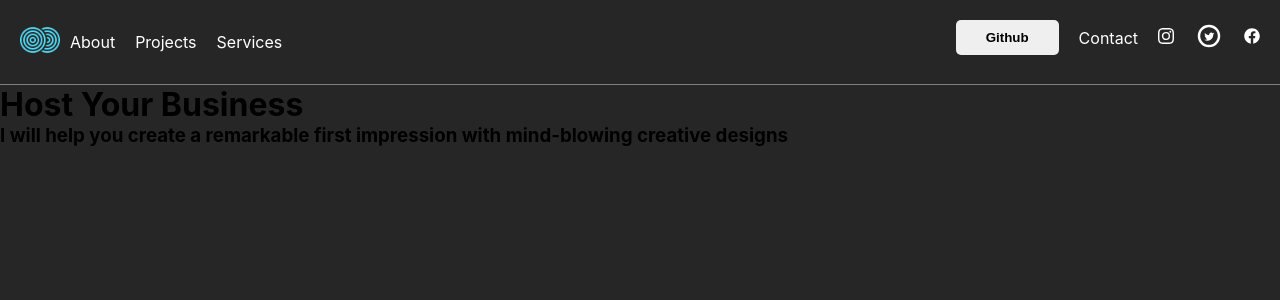
Repository: uh-sman/Portfolio
Page: /services
An editor plug-in stored every save of this project. The page is shown before and after the next save, followed by the edit.
The browser window is 1280 px wide. The pictures show the whole page.
The project was rebuilt for these pictures with package versions that can differ from the ones it lists, and the page was loaded fresh each time. Also part of the build but not shown: src/components/about.css, src/components/repositories.css, src/components/repositories.js, src/components/RepositoriesCard.jsx, src/components/About.jsx, src/components/projects.css, src/components/Projects.jsx.

Above is the page before, as saved 2022-11-19 08:37:02.

### src/index.js
import React from "react";
import ReactDOM from "react-dom/client";
import { BrowserRouter } from "react-router-dom";
import "./index.css";
import App from "./App";

const root = ReactDOM.createRoot(document.getElementById("root"));
root.render(
  <BrowserRouter>
    <React.StrictMode>
      <App />
    </React.StrictMode>
  </BrowserRouter>
);

### src/App.js
import "./App.css";
import { Index } from "./components/index";
import { Route, Routes } from "react-router-dom";
import About from "./components/About";
import "animate.css";
import Projects from "./components/Projects";
import Services from "./components/Services";
// import Services from "./components/Services";
function App() {
  return (
    <div className="App">
      <Index />
      <Routes>
        <Route path="/" element={<About />} />
        <Route path="/projects" element={<Projects />} />
        <Route path="/services" element={<Services />} />
      </Routes>
    </div>
  );
}

export default App;

### src/App.css
* {
  margin: 0px;
  padding: 0px;
  box-sizing: border-box;
  text-decoration: none;
  list-style: none;
}
body {
  /* background: rgb(2, 0, 36);
  background: linear-gradient(
    90deg,
    rgba(2, 0, 36, 1) 0%,
    rgba(4, 14, 33, 1) 90%,
    rgba(5, 52, 61, 1) 100%
  ); */
  background: #262626;
}

### src/components/index.js
import React from "react";
import { Navbar } from "./Navbar";
import { Route, Routes } from "react-router-dom";
export const Index = () => {
  return (
    <div>
      <Navbar />
    </div>
  );
};

### src/components/Services.jsx
import React from "react";

const Services = () => {
  return (
    <div>
      <div>
        <div>
          <h1>Host Your Business</h1>
          <h3>
            I will help you create a remarkable first impression with
            mind-blowing creative designs
          </h3>
        </div>
        <div>
          <div></div>
        </div>
      </div>
    </div>
  );
};

export default Services;
// Looking for a reliable and efficient

### src/components/Navbar.jsx
import React, { useState } from "react";
import { Link } from "react-router-dom";
import logo from "../assets/ico.png";
import "./navbar.css";
import { Profile } from "./Profile";
export const Navbar = () => {
  const [active, isActive] = useState(false);
  // Get the container element
  // const activeLink = document.querySelector("nav-list");
  // const style = {
  //   backgroundColor: "red",
  //   width: "100%",
  //   height: "100%",
  // };
  // Get all buttons with class="btn" inside the container
  // const btnActive = activeLink.getElementsByClassName("btn");
  // Loop through the buttons and add the active class to the current/clicked button
  // for (var i = 0; i < btnActive.length; i++) {
  //   btnActive[i].addEventListener("click", function () {
  //     var currentMode = document.getElementsByClassName("active");
  //     currentMode[0].className = currentMode[0].className.replace("active", "");
  //     this.className += "active";
  //   });
  // }
  // activeLink.addEventListener()
  return (
    <div>
      <nav className="navbar-container">
        <div className="navbar">
          <div className="navbar-nav">
            <div>
              <a>
                <img src={logo} className="logo" />
              </a>
            </div>
            <ul className="nav-list">
              <Link to="/">
                <a href="">About</a>
              </Link>
              <Link to="/projects">
                <a href="">Projects</a>
              </Link>
              <Link to="/services" className="btn">
                <a href="">Services</a>
              </Link>
            </ul>
          </div>
          <div>
            <Profile />
          </div>
        </div>
      </nav>
    </div>
  );
};

### src/components/navbar.css
.nav-list {
  display: flex;
  align-items: center;
  gap: 20px;
}
.nav-list a {
  color: white;
}
.navbar {
  margin: 20px 20px;
  display: flex;
  justify-content: space-between;
}
.navbar-nav {
  display: flex;
  gap: 10px;
}
.logo {
  width: 40px;
  height: 40px;
  color: white;
}
.navbar-container {
  border-bottom: 0.5px solid gray;
}
/* .btn {
  border: transparent;
  outline: none;
  background: rgba(2, 0, 36, 1) 0%;
} */
/* .active, */
/* .btnSelect:hover {
  border: none;
  border-bottom: 1px solid lightblue;
  cursor: pointer;
} */

@media only screen and (min-width: 200px) and (max-width: 950px) {
  .nav-list {
    display: none;
  }
}

### src/components/Profile.js
import React, { useState } from "react";
import { SiFacebook } from "react-icons/si";
import { FaWhatsapp, FaFacebook, FaRegWindowClose } from "react-icons/fa";
import { TiSocialTwitterCircular } from "react-icons/ti";
import { Link } from "react-router-dom";
import { BsInstagram } from "react-icons/bs";
import burger from "../assets/burger-menu.png";
import close from "../assets/icons8.png";

import "animate.css";
import "./profile.css";
export const Profile = () => {
  const [isActive, setIsActive] = useState(false);

  return (
    <div>
      <div>
        <section className="profile-section ">
          <button className="button">
            <a>Github</a>
          </button>
          <a>Contact</a>
          <a>
            <BsInstagram />
          </a>
          <a>
            <TiSocialTwitterCircular className="twitter" />
          </a>
          <a>
            <FaFacebook />
          </a>
        </section>
        {isActive ? (
          <div className="sidebar-container">
            <div>
              <FaRegWindowClose
                className="close"
                onClick={() => setIsActive(!isActive)}
              />
              {/* <img src={close} /> */}
            </div>
            <section className="sidebar-section ">
              <ul className="links">
                <Link to="/">
                  <a href="">About</a>
                </Link>
                <Link to="/projects">
                  <a href="">Projects</a>
                </Link>
                <Link to="/services">
                  <a href="">Services</a>
                </Link>
                <button className="button">
                  <a className="link">Github</a>
                </button>
                <a>Contact</a>
              </ul>
              <ul className="link-icons">
                <a>
                  <BsInstagram className="instagram" />
                </a>
                <a>
                  <TiSocialTwitterCircular className="twitter" />
                </a>
                <a>
                  <FaFacebook className="facebook" />
                </a>
              </ul>
            </section>
          </div>
        ) : (
          <div>
            <img
              src={burger}
              className="burger-menu"
              onClick={() => setIsActive(!isActive)}
            />
          </div>
        )}
      </div>
    </div>
  );
};

### src/components/profile.css
.profile-section {
  display: flex;
  gap: 20px;
  align-items: center;
  color: white;
}
.links {
  display: flex;
  flex-direction: column;
  /* display: flex; */
  align-items: center;
  gap: 20px;
}
.links a {
  color: white;
}
.sidebar-container {
  display: inline-block;
  /* margin: 0 0.5rem; */
  animation: slideInRight 2s;
  /* animation-duration: 2s; */

  height: 100%;
  width: 40%;
  top: 0px;
  right: 0px;
  background-color: #222222;
  position: absolute;
}
.burger-menu {
  width: 30px;
  height: 30px;
}
.close {
  color: white;
  width: 30px;
  height: 30px;
}
.button {
  padding: 10px 30px;
  box-shadow: gray;
  border: none;
  font-weight: 700;
  border-radius: 5px;
}
.button a {
  color: black;
}
.link-icons {
  margin-top: 20px;
  display: flex;
  align-items: center;
  gap: 10px;
}
.instagram {
  font-size: 20px;
}
.facebook {
  font-size: 20px;
}
.twitter {
  font-size: 30px;
}

@media only screen and (min-width: 200px) and (max-width: 950px) {
  .profile-section {
    display: none;
  }
}
@media only screen and (min-width: 950px) {
  .burger-menu {
    display: none;
  }
}
.sidebar-section {
  margin-top: 40%;
  justify-content: center;
  display: flex;
  flex-direction: column;
  align-items: center;
  color: white;
}
/* animate__slideInRight */

Loaded but not shown: public/index.html (common file); src/index.css (common file)

After the next save:
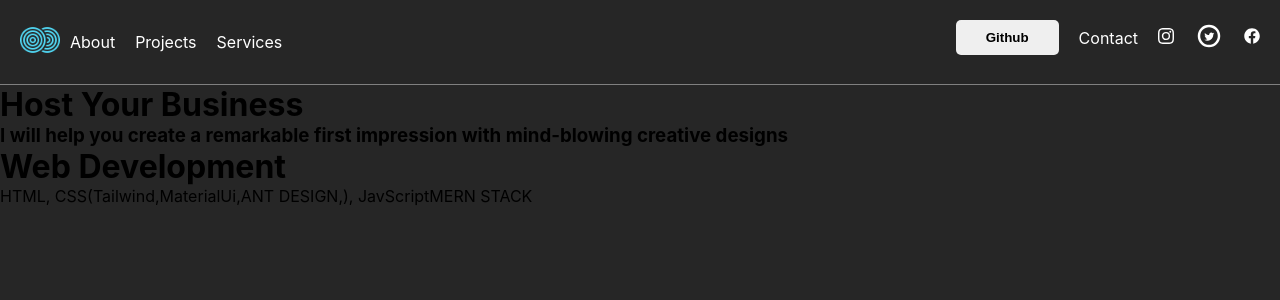
Saved 8 min 34 s later.
--- a/src/components/Services.jsx
+++ b/src/components/Services.jsx
@@ -12,6 +12,17 @@ const Services = () => {
           </h3>
         </div>
         <div>
+          <div>
+            <h1></h1>
+            <h1>Web Development</h1>
+            <text>
+              <p>
+                HTML, CSS(Tailwind,MaterialUi,ANT DESIGN,), JavScript
+                {"MERN STACK"}
+              </p>
+            </text>
+          </div>
+          <div></div>
           <div></div>
         </div>
       </div>
